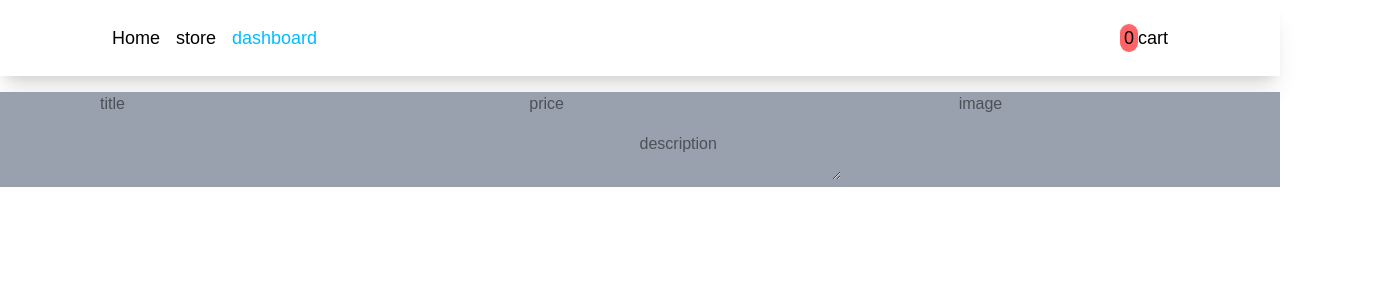
Repository: Rohullah-Noori/Nextjs-online-shop
Page: /dashboard
These files come from the project's save history. The page is drawn as it stood at one moment and after the next save; the edit follows.
The browser window is 1280 px wide. The page is 1380 px wide, then 1280 px, so the pictures cover 1380 px, including what lies to the right of the window. The pictures show the whole page.
The project was rebuilt for these pictures with package versions that can differ from the ones it lists, and the page was loaded fresh each time. The framework's server and built-in components were replaced by stand-ins that run in the browser. Also part of the build but not shown: next.config.ts.

Above is the page before, as saved 2025-05-28 10:39:58.

### src/app/dashboard/page.tsx
import React from "react";
import Container from "../components/Container";

export default function Dashboard() {
  return (
    <div className="bg-gray-400 text-center">
      <Container>
        <div className="grid grid-cols-3 gap-2 mt-2 mb-4 ">
          <input type="text" placeholder="title" />
          <input type="text" placeholder="price" />
          <input type="text" placeholder="image" />
        </div>
        <textarea placeholder="description"></textarea>
      </Container>
    </div>
  );
}

### src/app/components/Layout.tsx
import React from "react";
import Navbar from "./Navbar";

interface IlayoutProps {
  children: React.ReactNode;
}

export default function Layout({ children }: IlayoutProps) {
  return (
    <div>
      <Navbar />
      {children}
    </div>
  );
}

### src/app/context/page.tsx
"use client";
import React, { createContext, useContext, useEffect, useState } from "react";
import { json } from "stream/consumers";

type IshopContextProps = {
  children: React.ReactNode;
};

type cartItems = {
  id: number;
  qty: number;
};

type TshopingContext = {
  cart: cartItems[];
  HandleincreasetoCard: (id: number) => void;
  getProductqty: (id: number) => number;
  totalitemsqty: number;
  handledecreasetoCard: (id: number) => void;
  RemovehandleSubmit: (id: number) => void;
};

const shopingContext = createContext({} as TshopingContext);

export const useShopingContextCustim = () => {
  return useContext(shopingContext);
};

export default function ConextShop({ children }: IshopContextProps) {
  const [cart, setCart] = useState<cartItems[]>([]);

  const getProductqty = (id: number) => {
    return cart.find((item) => item.id == id)?.qty ?? 0;
  };

  const totalitemsqty = cart.reduce((totalgqty, item) => {
    return totalgqty + item.qty;
  }, 0);

  const HandleincreasetoCard = (id: number) => {
    setCart((prev) => {
      const isnotExist = prev.find((item) => item.id === id) == null;
      if (isnotExist) {
        return [...prev, { id: id, qty: 1 }];
      } else {
        return prev.map((item) => {
          if (item.id == id) {
            return { ...item, qty: item.qty + 1 };
          } else {
            return item;
          }
        });
      }
    });
  };

  const handledecreasetoCard = (id: number) => {
    setCart((prev) => {
      const islastOne = prev.find((item) => item.id == id)?.qty == 1;
      if (islastOne) {
        return prev.filter((item) => item.id != id);
      } else {
        return prev.map((item) => {
          if (item.id == id) {
            return {
              ...item,
              qty: item.qty - 1,
            };
          } else {
            return item;
          }
        });
      }
    });
  };

  const RemovehandleSubmit = (id: number) => {
    setCart((prev) => {
      return prev.filter((item) => item.id != id);
    });
  };

  useEffect(() => {
    const StoredCards = localStorage.getItem("cart");
    if (StoredCards) {
      try {
        setCart(JSON.parse(StoredCards));
      } catch (error) {
        console.error("Failed to parse stored cart data:", error);
        setCart([]);
      }
    }
  }, []);

  useEffect(() => {
    localStorage.setItem("cart", JSON.stringify(cart));
  }, [cart]);

  return (
    <shopingContext.Provider
      value={{
        cart,
        HandleincreasetoCard,
        getProductqty,
        totalitemsqty,
        handledecreasetoCard,
        RemovehandleSubmit,
      }}
    >
      {children}
    </shopingContext.Provider>
  );
}

### src/app/components/Container.tsx
import React from "react";
interface IContainerProps {
  children: React.ReactNode;
}

export default function Container({ children }: IContainerProps) {
  return <div className="container mx-25">{children}</div>;
}

### src/app/components/Navbar.tsx
"use client";
import Link from "next/link";
import { usePathname } from "next/navigation";

import React from "react";
import Container from "./Container";
import { useShopingContextCustim } from "../context/page";

export default function Navbar() {
  const { totalitemsqty } = useShopingContextCustim();
  const pathname = usePathname();
  const navlinks = [
    {
      title: "Home",
      href: "/",
    },
    {
      title: "store",
      href: "/store",
    },
    {
      title: "dashboard",
      href: "/dashboard",
    },
  ];

  return (
    <nav className="  flex p-3 mb-4 text-lg  shadow-xl  ">
      <Container>
        <div className="flex justify-between my-3 ">
          <div>
            {navlinks.map((item) => (
              <Link
                key={item.href}
                className={`mr-4 ${
                  pathname === item.href ? "text-sky-400" : ""
                }`}
                href={item.href}
              >
                {item.title}
              </Link>
            ))}
          </div>
          <div>
            <span className="bg-red-400 rounded-4xl p-1">{totalitemsqty}</span>
            <Link href="/cart">cart</Link>
          </div>
        </div>
      </Container>
    </nav>
  );
}

Loaded but not shown: src/app/layout.tsx (common file); src/app/globals.css (common file)

After the next save:
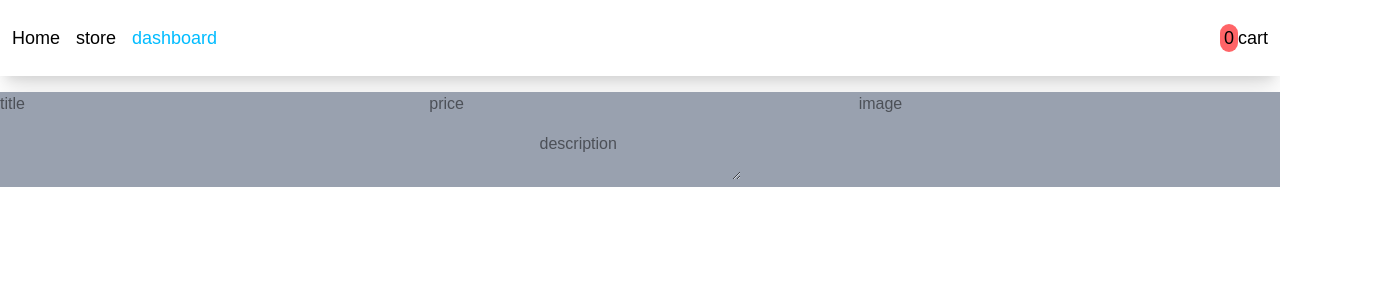
Saved 9 s later.
--- a/src/app/components/Container.tsx
+++ b/src/app/components/Container.tsx
@@ -4,5 +4,5 @@ interface IContainerProps {
 }
 
 export default function Container({ children }: IContainerProps) {
-  return <div className="container mx-25">{children}</div>;
+  return <div className="container mx-auto">{children}</div>;
 }
